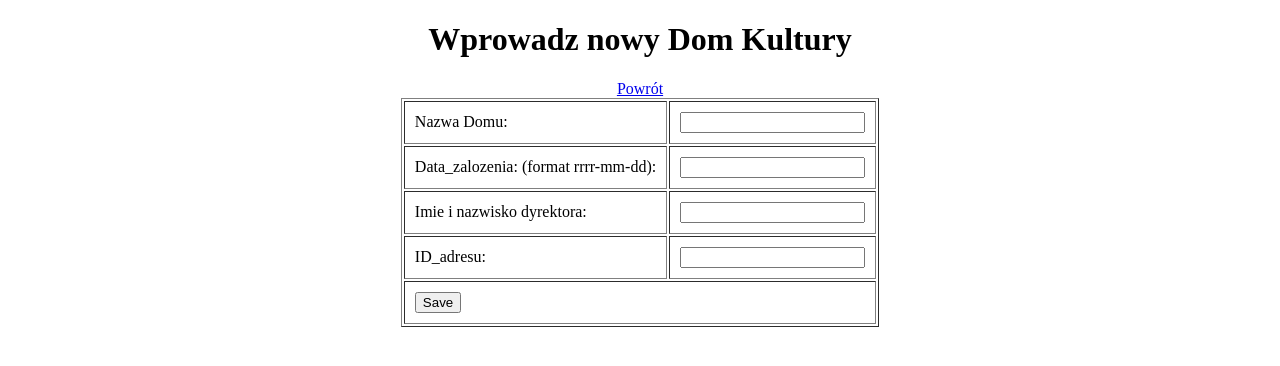
Repository: marcinRuta/houseOfCulture-crud-webapp-database
Page: http://localhost/new_domy_kultury
An editor plug-in stored every save of this project. The page is shown before and after a run of saves, followed by the edit.
The browser window is 1280 px wide. The pictures show the whole page.
The page is this project's Thymeleaf template; nobody is signed in. The template is opened directly, without the code that normally fills it, so the values that code supplies are empty.

Above is the page before, as saved 2020-12-29 17:39:00.

### DomKultury/src/main/resources/templates/new_domy_kultury.html
<!DOCTYPE html>
<html xmlns="http://www.w3.org/1999/xhtml"
	xmlns:th="http://www.thymeleaf.org">
<head>
<meta charset="UTF-8">
<title>Nowy Dom Kultury</title>
</head>
<body>

	<div align="center">
		<!--  Page header  -->
		<h1>Wprowadz nowy Dom Kultury</h1>

		<form action="#" th:action="@{/save}" th:object="${NowyDom}"
			method="post">

			<!-- Table -->
			<table border="1" cellpadding="10">

				<!-- Table first row -->

				<tr>
					<td>Nazwa Domu:</td>
					<td><input type="text" th:field="*{Nazwa}"></td>
				</tr>

				<!-- Table 2nd row -->

				<tr>
					<td>Data_zalozenia: (format rrrr-mm-dd):</td>
					<td><input type="text" th:field="*{Data_zalozenia}"></td>
				</tr>

				<!-- Table 3rd row -->

				<tr>
					<td>Imie i nazwisko dyrektora:</td>
					<td><input type="text" th:field="*{Dyrektor}"></td>
				</tr>

				<!-- Table 4th row -->

				<tr>
					<td>ID_adresu:</td>
					<td><input type="text" th:field="*{ID_Adresu}"></td>
				</tr>

				<!-- Button save -->
				<tr>
					<td colspan="2"><button type="submit">Save</button></td>
				</tr>

				<!-- EXIT -->

				<!-- Entry to a new page -->
				<a href="/DK">Powrót</a>


			</table>
		</form>
	</div>
</body>
</html>

After the next 2 saves:
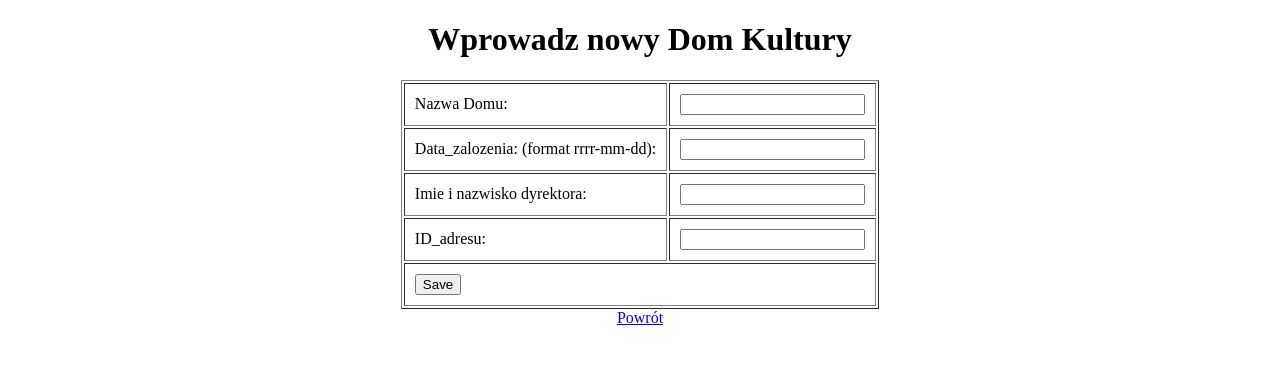
The 2 saves are shown as one change because they came seconds apart.
The last was saved 29 s later.
--- a/DomKultury/src/main/resources/templates/new_domy_kultury.html
+++ b/DomKultury/src/main/resources/templates/new_domy_kultury.html
@@ -50,14 +50,13 @@
 					<td colspan="2"><button type="submit">Save</button></td>
 				</tr>
 
-				<!-- EXIT -->
-
-				<!-- Entry to a new page -->
-				<a href="/DK">Powrót</a>
 
 
 			</table>
 		</form>
+
+				<!-- EXIT -->
+				<a href="/DK">Powrót</a>
 	</div>
 </body>
 </html>
